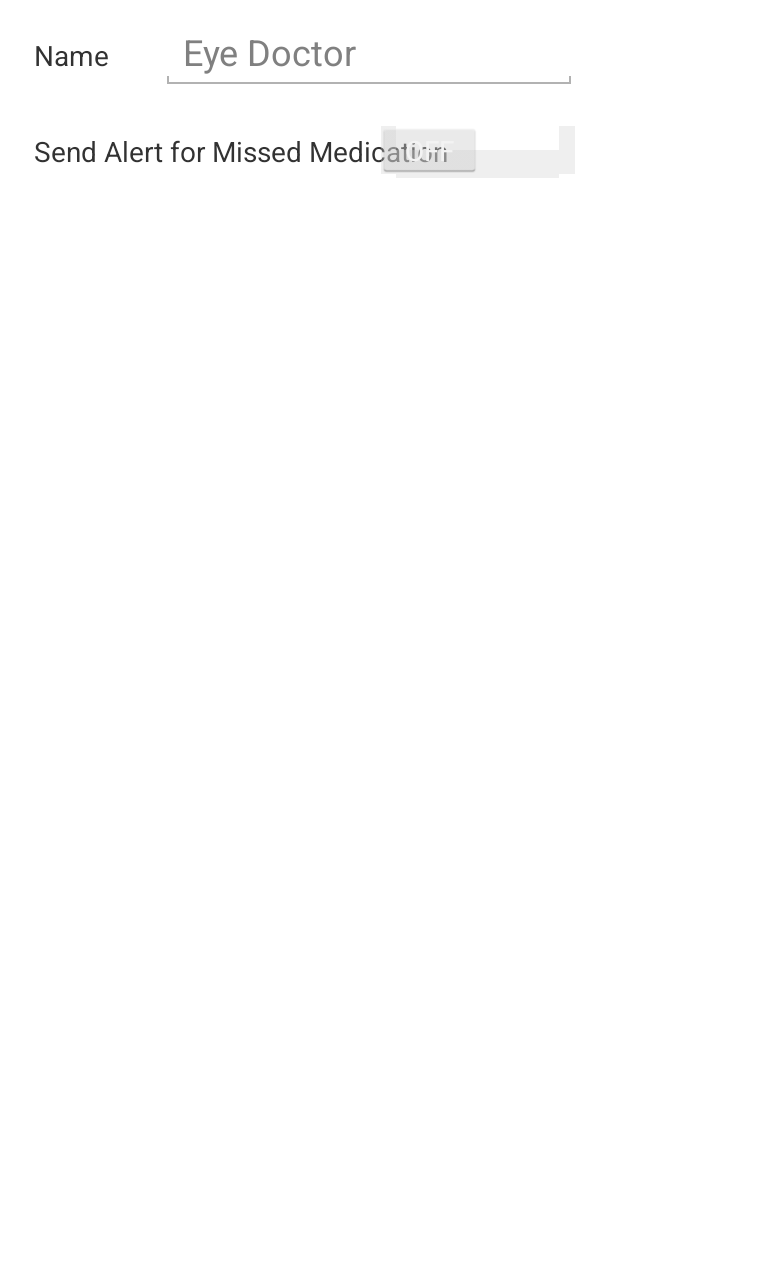
Repository: ranika/pilltracker
Layout: PillTracker/res/layout/fragment_doctor_edit.xml
These files come from the project's save history. The layout is drawn as it stood at one moment and after the next save; the edit follows.
It is drawn on a 768 x 1280 px phone screen (xhdpi) without system bars, with theme AppTheme; the app's code is not run.

Above is the layout before, as saved 2014-04-10 05:45:55.

### PillTracker/res/layout/fragment_doctor_edit.xml
<RelativeLayout xmlns:android="http://schemas.android.com/apk/res/android"
    android:layout_width="fill_parent"
    android:layout_height="fill_parent" >

    <TextView
        android:id="@+id/textView1"
        android:layout_width="wrap_content"
        android:layout_height="wrap_content"
        android:layout_alignParentLeft="true"
        android:layout_alignParentTop="true"
        android:layout_marginLeft="17dp"
        android:layout_marginTop="18dp"
        android:text="@string/name" />

    <EditText
        android:id="@+id/editText1"
        android:layout_width="wrap_content"
        android:layout_height="wrap_content"
        android:layout_alignBaseline="@+id/textView1"
        android:layout_alignBottom="@+id/textView1"
        android:layout_marginLeft="25dp"
        android:layout_toRightOf="@+id/textView1"
        android:hint="@string/eye_doctor"
        android:ems="10" >
    </EditText>

    <TextView
        android:id="@+id/textView2"
        android:layout_width="wrap_content"
        android:layout_height="wrap_content"
        android:layout_alignLeft="@+id/textView1"
        android:layout_below="@+id/editText1"
        android:layout_marginTop="20dp"
        android:text="@string/send_alert" />

    <Switch
        android:id="@+id/switch1"
        android:layout_width="wrap_content"
        android:layout_height="wrap_content"
        android:layout_alignBaseline="@+id/textView2"
        android:layout_alignBottom="@+id/textView2"
        android:layout_alignRight="@+id/editText1" />

</RelativeLayout>

### PillTracker/res/values/strings.xml
<?xml version="1.0" encoding="utf-8"?>
<resources>

    <string name="app_name">Pill Tracker</string>
    <string name="med_log">Medication Log</string>
    <string name="prescriptions">Prescriptions</string>
    <string name="reminders">Reminders</string>
    <string name="doctors">Doctors</string>
    <string name="pharmacies">Pharmacies</string>
    <string name="notes">Notes</string>
    <string name="settings">Settings</string>

    <color name="black">#CCCCCC</color>

    <string name="title_activity_med_log">Medication Log</string>
    <string name="today">Today</string>
    <string name="ten_am">10 AM</string>
    <string name="pill">Pill</string>
    <string name="vitamin">Vitamin</string>
    <string name="ten_pm">10 PM</string>
    <string name="nasal">Nasal Spray</string>
    <string name="title_activity_prescription">Prescriptions</string>
    <string name="add">Add</string>
    <string name="title_activity_doctors">Doctors</string>
    <string name="eye_doctor">Eye Doctor</string>
    <string name="family_physician">Family Physician</string>
    <string name="orthopedic">Orthopedic</string>
    <string name="title_activity_notes">Notes</string>
    <string name="hello_world">Hello world!</string>
    <string name="action_settings">Settings</string>
    <string name="reminder">Reminder</string>
    <string name="to_do">To Do</string>
    <string name="blah">BlahBlahBlah</string>
    <string name="title_activity_pharmacies">Pharmacies</string>

    <string-array name="miles">
        <item>10 miles</item>
        <item>15 miles</item>
        <item>20 miles</item>
        <item> 50 miles</item>
    </string-array>

    <string name="display">Display pharmacies within:</string>
    <string name="find">Find</string>
    <string name="title_activity_prescription_edit">Edit Prescription</string>
    <string name="title_activity_edit_prescription">Edit Prescriptions</string>
    <string name="name">Name</string>
    <string name="monday">Monday</string>
    <string name="tuesday">Tuesday</string>
    <string name="wednesday">Wednesday</string>
    <string name="thursday">Thursday</string>
    <string name="friday">Friday</string>
    <string name="saturday">Saturday</string>
    <string name="sunday">Sunday</string>
    <string name="days">Days</string>
    <string name="time">Time</string>
    <string name="title_activity_doctor_edit">Edit Doctor</string>
    <string name="send_alert">Send Alert for Missed Medication</string>

</resources>

Loaded but not shown: PillTracker/res/values/styles.xml (common file); PillTracker/res/values-v11/styles.xml (common file); PillTracker/res/values-v14/styles.xml (common file)

After the next save:
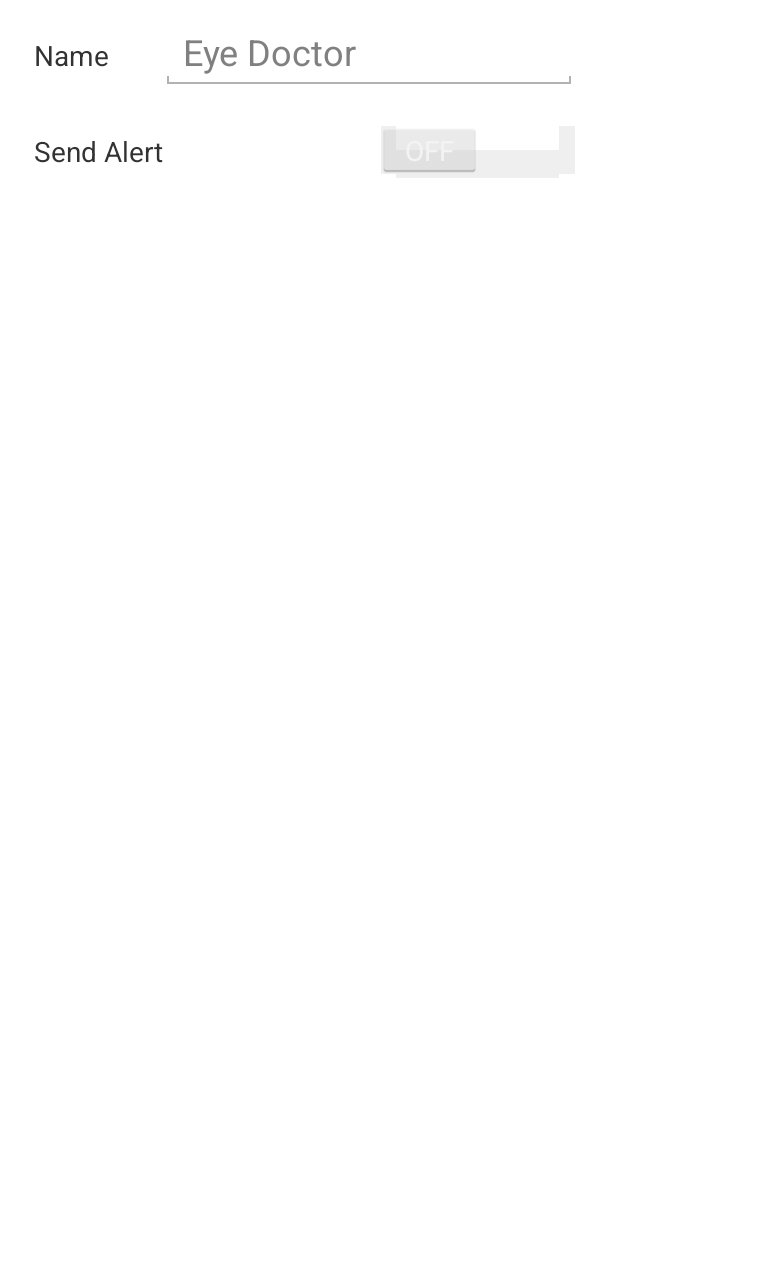
Saved 11 s later.
--- a/PillTracker/res/values/strings.xml
+++ b/PillTracker/res/values/strings.xml
@@ -55,6 +55,6 @@
     <string name="days">Days</string>
     <string name="time">Time</string>
     <string name="title_activity_doctor_edit">Edit Doctor</string>
-    <string name="send_alert">Send Alert for Missed Medication</string>
+    <string name="send_alert">Send Alert</string>
 
 </resources>
